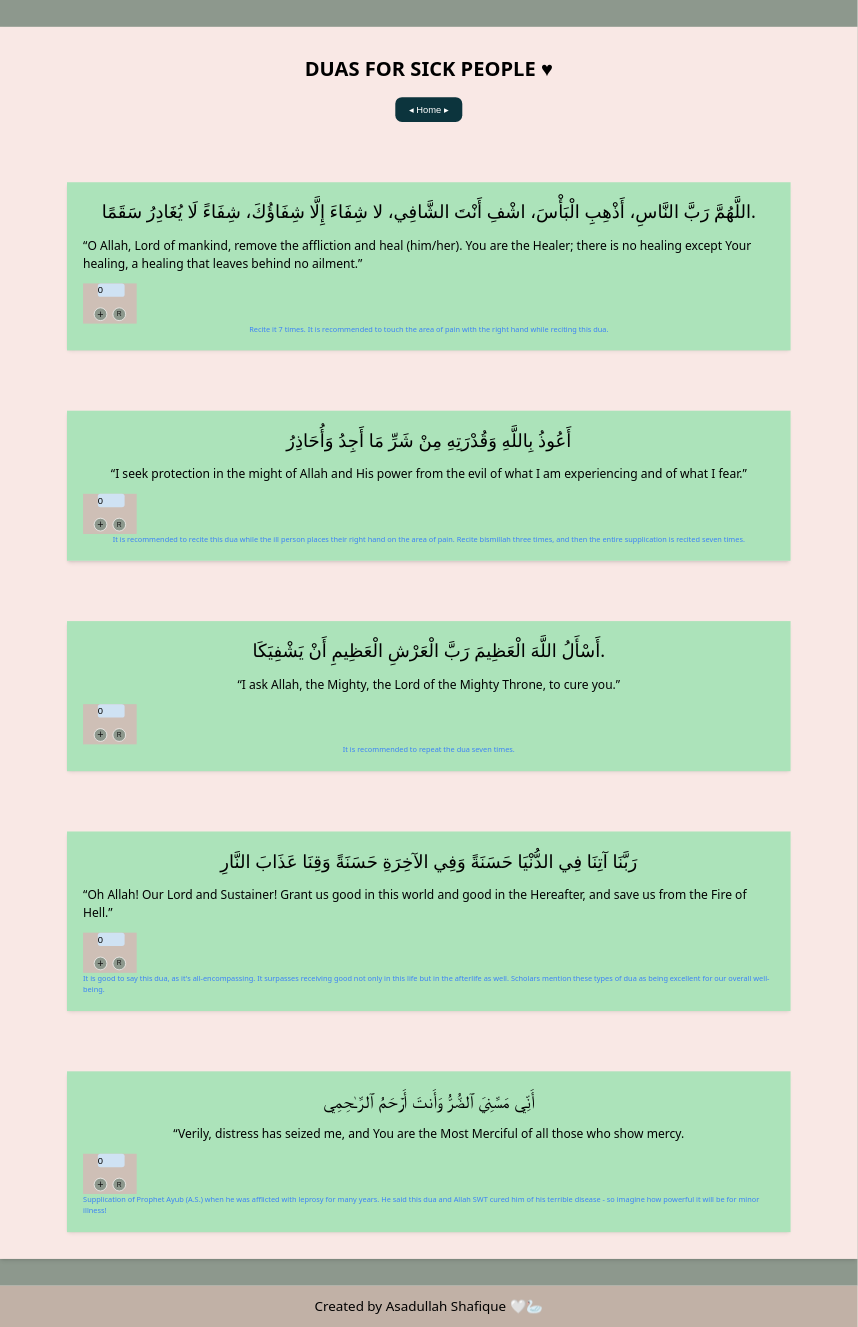
Repository: asadullah48/Duas_Diary
Page: /sick
These files come from the project's save history. The page is drawn as it stood at one moment and after the next save; the edit follows.
The browser window is 1280 px wide. The pictures show the whole page, at 67% of full size.
The project was rebuilt for these pictures with package versions that can differ from the ones it lists, and the page was loaded fresh each time. The framework's server and built-in components were replaced by stand-ins that run in the browser. Also part of the build but not shown: next.config.ts.

Above is the page before, as saved 2024-11-30 10:14:08.

After the next save:
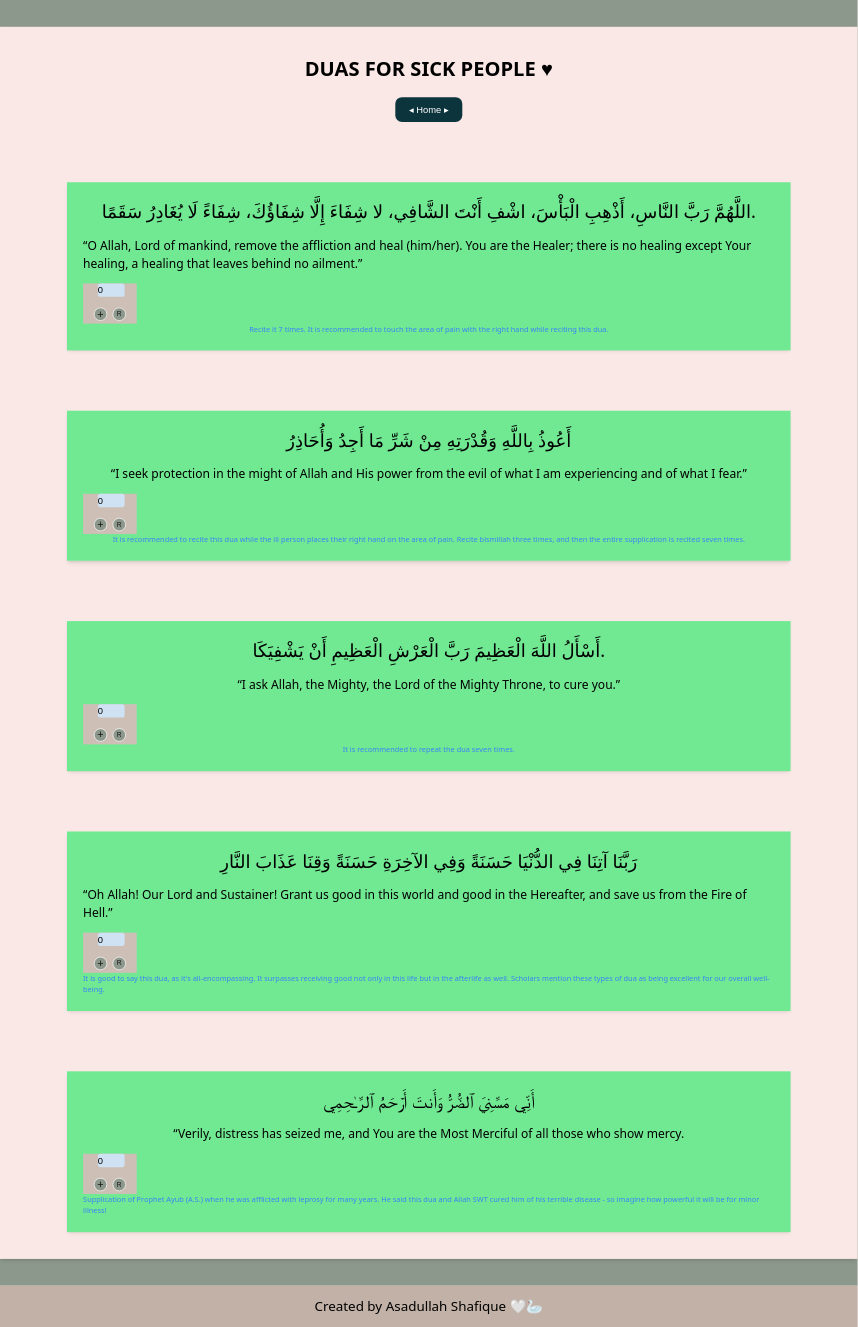
Saved 9 s later.
--- a/src/components/props.tsx
+++ b/src/components/props.tsx
@@ -14,7 +14,7 @@ export default function LightPinkSection({
   note,
 }: SectionProps) {
   return (
-    <div className="w-[90%] bg-[#97e2aec5] p-6 rounded-lg mx-auto shadow-md mt-[90px]">
+    <div className="w-[90%] bg-[#4ae97ac5] p-6 rounded-lg mx-auto shadow-md mt-[90px]">
       <p className="text-black text-[27px] font-sans mb-4 flex justify-center">
         {paragraph}
       </p>
